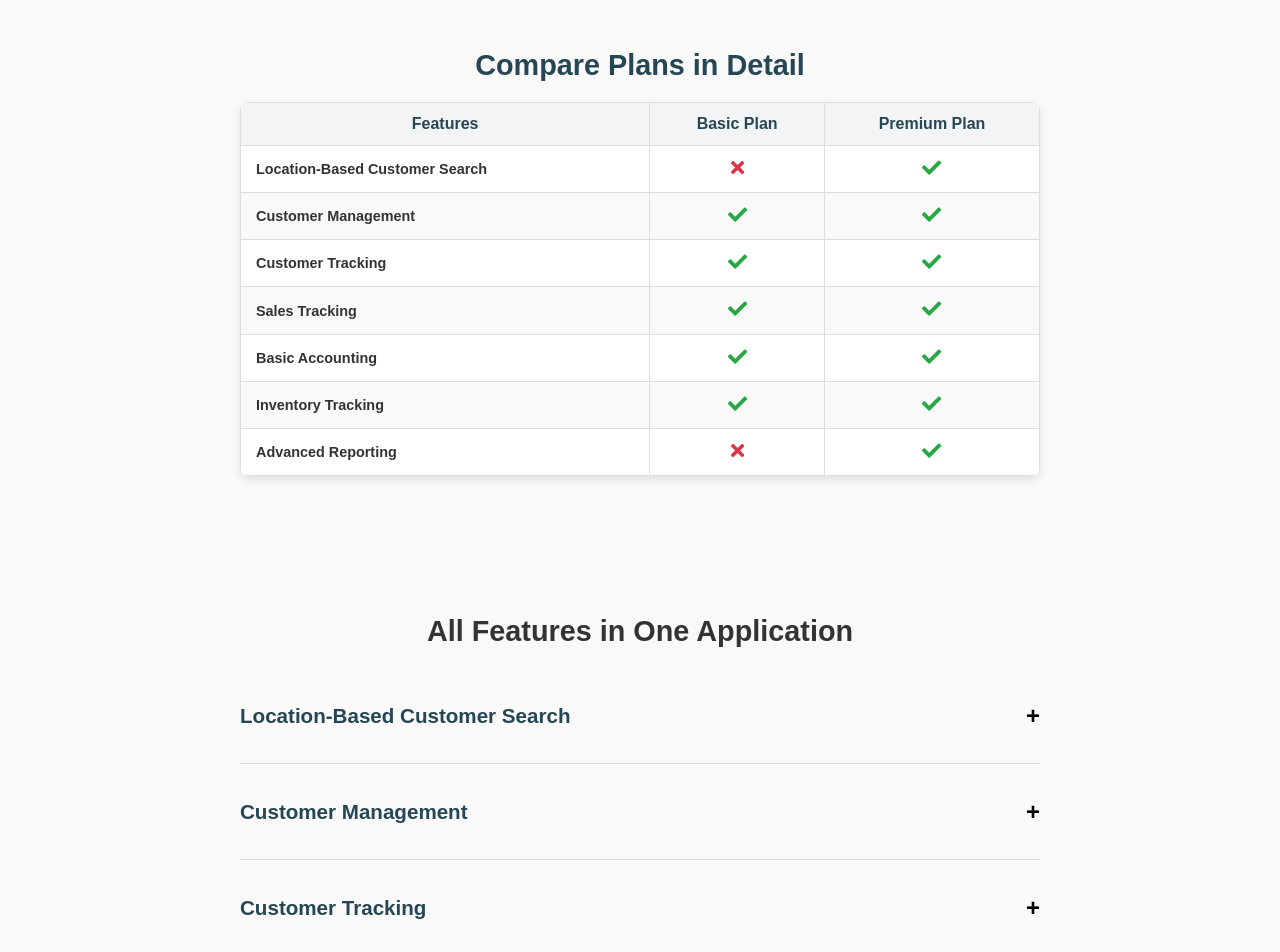
Repository: senolinanyasar/myrouteapplication
Page: /pricing
The author's editor kept a copy of each file at every save. The page is drawn from the files as they stood at one save, then again after the next save.
The browser window is 1280 px wide. The pictures show the part of the page from y = 1179 to 2131 px (the page is 3113 px tall).
The project was rebuilt for these pictures with package versions that can differ from the ones it lists, and the page was loaded fresh each time. Also part of the build but not shown: vite.config.js, src/components/HeroSection.css, src/components/HeroSection.js, src/components/FeaturesSection.css, src/components/FeaturesSection.js, src/components/PricingSection.css, src/components/PricingSection.js, src/components/SupportSection.css and 5 more.

Above is the page before, as saved 2024-11-17 23:26:48.

After the next save:
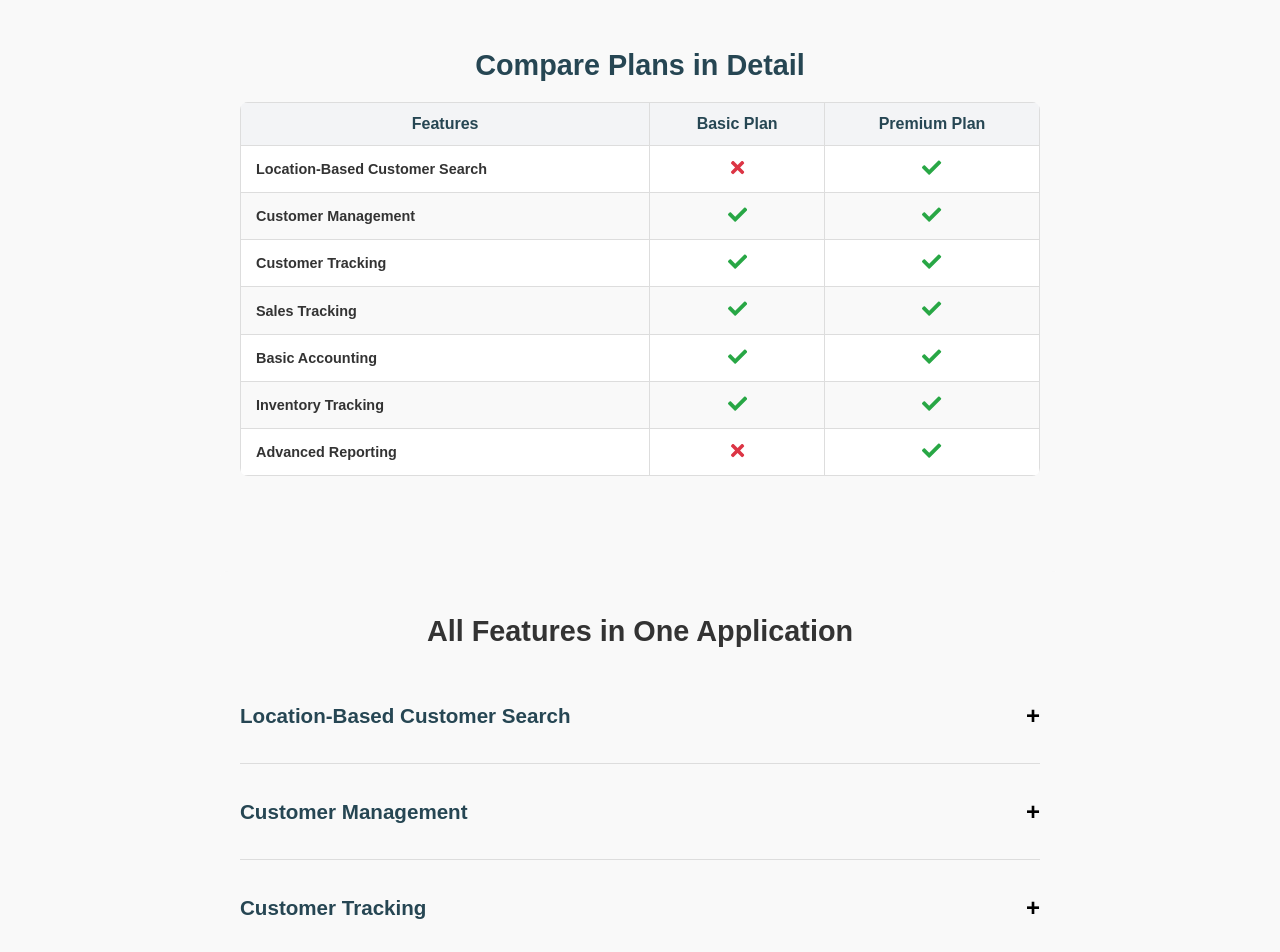
Saved 18 s later.
--- a/src/components/PricingPage.css
+++ b/src/components/PricingPage.css
@@ -150,7 +150,7 @@
     background: #fff;
     border-radius: 8px;
     overflow: hidden;
-    box-shadow: 0 4px 8px rgba(0, 0, 0, 0.1);
+
     margin-bottom: 25px;
 
 
